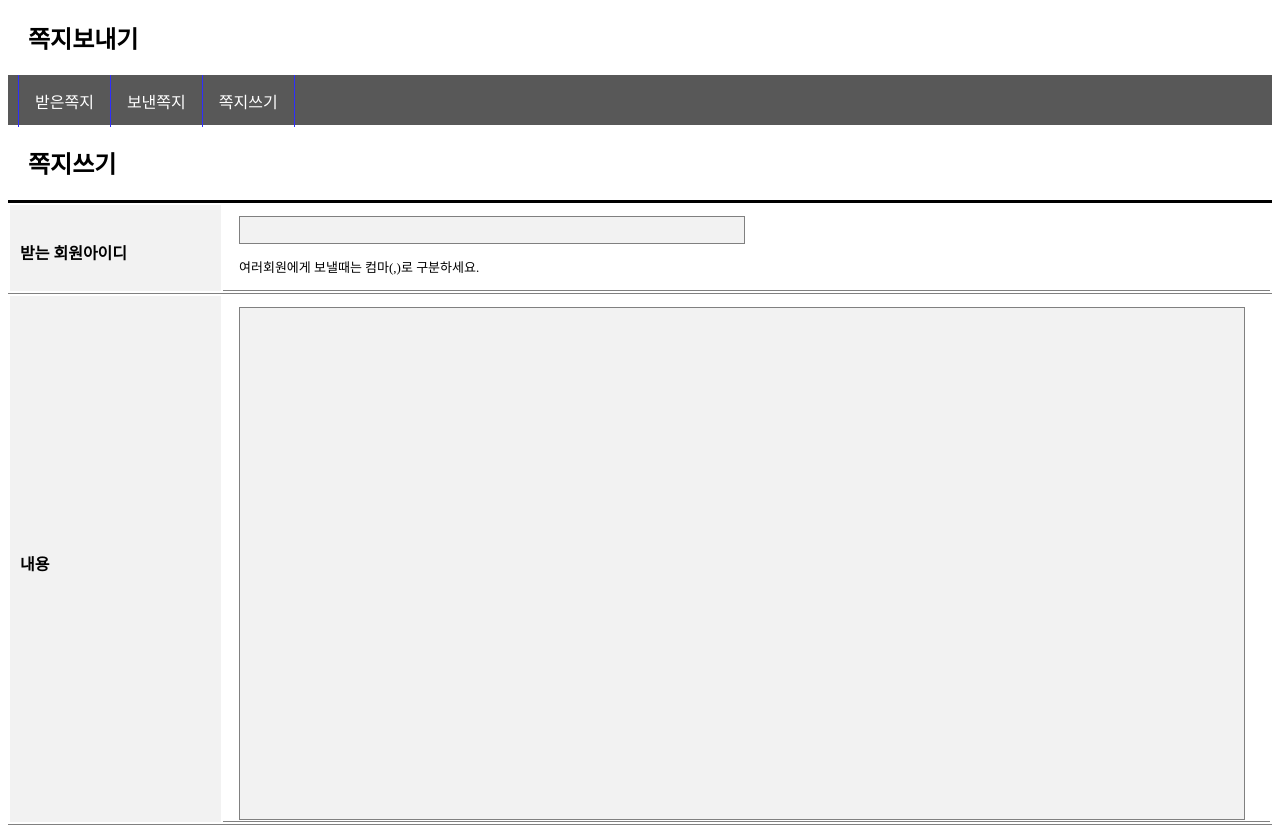
Repository: ks12b0000/JSP-School-Class
Page: chap10_JSP/src/main/webapp/Test/sendMessage.html
The author's editor kept a copy of each file at every save. The page is drawn from the files as they stood at one save, then again after the next save.
The browser window is 1280 px wide. The pictures show the whole page.

Above is the page before, as saved 2022-06-04 11:34:09.

### chap10_JSP/src/main/webapp/Test/sendMessage.html
<!DOCTYPE html>
<html>
<head>
	<meta charset="UTF-8">
	<meta name="viewport" content="width=device-width, initial-scale=1.0">
	<title>쪽지쓰기</title>
	<link rel="stylesheet" href="loginWrite.css" />
</head>
<body>
	<h2>쪽지보내기</h2>
	<div class="menu1">
		<ul>
			<li><a href="#" id="a1">받은쪽지</a></li>
			<li><a href="#">보낸쪽지</a></li>
			<li><a href="#">쪽지쓰기</a></li>
		</ul>
	</div>
	<h2>쪽지쓰기</h2>
	<table class="Profile3">
		<tr>
			<th id="id12"><strong>받는 회원아이디</strong></th>
			<td><input type="text" /><br/><p>여러회원에게 보낼때는 컴마(,)로 구분하세요.</p></td>
		</tr>
	</table>
	<table class="Profile4">
		<tr>
			<th id="id13"><strong>내용</strong></th>
			<td><input type="text" /></td>
		</tr>
	</table>
</body>
</html>

### chap10_JSP/src/main/webapp/Test/loginWrite.css
@charset "UTF-8";
	body h2 {
		margin-left: 20px;
	}
	.login1 {
		width: 500px;
		border: 1px solid gray;
		margin: 40px;
		padding: 40px;

	}
	.login1 #id {
		width: 400px;

		padding: 4px;
	}
	.login1 #id input {

		margin-left: 30px;
	}
	.login1 #pw {

		padding: 4px;
	}
	.login1 #pw input {

		margin-left: 52px;
	}
	.login1 #login_Bt {
		text-align: right;
		margin-top: -50px;
		margin-right: 120px;
	}
	.login1 #login_Bt input {
		margin-left: 5px;
		padding: 12px;
		border: 1px solid white;
		background-color: #A5DF00;
		color: white;
	}
	.login1 #login_Ck {
		margin-top: 10px;
	}
	.login2 {
		border: 1px solid gray;
		font-size: 13px;
		background-color: #F2F2F2;
		width: 500px;
		margin: 40px;
		padding: 40px;
		margin-top: -50px;

	}
	.login2 h3 {
		margin-top: -20px;
		margin-left: -30px;
	}
	.login2 p {
		margin-top: -20px;
		margin-left: -30px;
	}
	.login2 form {
		margin-top: 10px;
		margin-left: 250px;

	}
	.login2 #idpw_bt {
		border: 1px solid white;
		background-color: #A5DF00;
		color: white;
	}
	.login2 #signup {
		border: 1px solid #BFFF00;
		background-color: white;
		color: #80FF00;
	}
	body #mainback {
		margin-left: 220px;
		text-decoration: none;
		color: black;
	}
	body #em2 {
		border-top: 1px solid gray;
		margin-left: 20px;
		padding-top: 15px;
	}
	#email1 {
		margin-left: 20px;
		font-size: 19px;
	}
	#email1 input {
		width: 500px;
		height: 30px;
	}
	.button {
		margin-top: 40px;
		margin-left: 250px;
	}
	.button #Confirm {
		margin-left: 5px;
		padding: 12px;
		width: 150px;
		border: 1px solid white;
		background-color: #A5DF00;
		color: white;
	}
	.button #close {
		margin-left: 5px;
		padding: 12px;
		width: 100px;
		border: 1px solid white;
		background-color: #0B3B39;
		color: white;
	}
	body #tm2 {
		color: red;
		text-align: center;
	}
	body #tm3,#tm5 {
		text-align: center;
	}
	body #tm4,#tm6 {
		border: 1px solid black;
		width: 1300px;
		height: 300px;
		background-color: #D8D8D8;
		margin-left: 10px;
	}
	#terms_Ck,#terms_Ck2 {
		text-align: right;
	}
	#signup3 {
		text-align: center;
	}
	#signup3 input {
		margin-left: 5px;
		padding: 12px;
		border: 1px solid white;
		background-color: #A5DF00;
		color: white;
	}
	.button3 {
		text-align: right;
		margin-top: -50px;
		margin-right: 10px;
	}
	.button3 #notebox {
		border: 1px solid #BFFF00;
		background-color: white;
		color: #80FF00;
		padding: 6px;
	}
	.button3 #Revise {
		border: 1px solid #BFFF00;
		background-color: white;
		color: #80FF00;
		padding: 6px;
	}
	.button3 #secession {
		border: 1px solid white;
		background-color: #A5DF00;
		color: white;
		padding: 6px;
	}
	.Profile {
		border: 1px solid gray;
		border-collapse: collapse;
		margin-top: 15px;
		width: 100%;
		height: 150px;
		background-color: #FAFAFA;
	}
	.Profile th,td {
		border-bottom: 1px solid gray;
	}
	.Profile2 {
		border-top: 3px solid black;
		width: 100%;
		background-color: #F2F2F2;
		height: 50px;
		border-bottom: 1px solid gray;
		margin-top: 20px;
	}
	#hh3 {
		margin-left: 10px;
	}
	.Contents {
		text-align: center;
		margin-top: 100px;
		border-bottom: 1px solid gray;
		height: 100px;
	}
	.menu1 ul {
		background-color: #585858;
		height: 50px;
		margin: 0;
		padding: 0;
		list-style: none;

	}
	.menu1 li {
		float: left;
		border-right: 1px solid #2E2EFE;
	}
	.menu1 li a {
		padding-left: 10px;
		color: white;
		text-decoration: none;
		display: block;
		text-align: center;
		padding: 14px 16px;
	}
	.menu1 #a1 {
		border-left: 1px solid #2E2EFE;
		margin-left: 10px;
	}
	.guide {
		text-align: left;
	}
	.button2 {
		text-align: center;
	}
	.button2 #close2 {
		text-align: center;
		padding: 10px;
		width: 80px;
		border: 1px solid white;
		background-color: #0B4C5F;
		color: white;
	}
	.Profile3 {
		border-top: 3px solid black;
		width: 100%;
		height: 50px;
		margin-top: 20px;
	}
	.Profile3 #id12 {
		margin-top: 20px;
		padding-left:10px;
		padding-top: 10px;
		text-align: left;
		width: 200px;
		background-color: #F2F2F2;
		height: 60px;
	}
	.Profile3 input {
		background-color: #F2F2F2;
		margin-left: 15px;
		margin-top: 10px;
		padding-top: 10px;
		border: 1px solid gray;
		width: 500px;
		text-align: left;
	}
	.Profile3 p {
		font-size: 13px;
		margin-left: 15px;

	}
	.Profile4 {
		border-top: 1px solid gray;
		border-bottom: 1px solid gray;
		width: 100%;
		height: 50px;
	}
	.Profile4 #id13 {
		margin-top: 20px;
		padding-left:10px;
		padding-top: 10px;
		text-align: left;
		width: 200px;
		background-color: #F2F2F2;
		height: 200px;
	}
	.Profile4 input {
		background-color: #F2F2F2;
		margin-left: 15px;
		margin-top: 10px;
		padding-top: 10px;
		border: 1px solid gray;
		width: 1000px;
		height: 500px;
		text-align: left;
	}

After the next save:
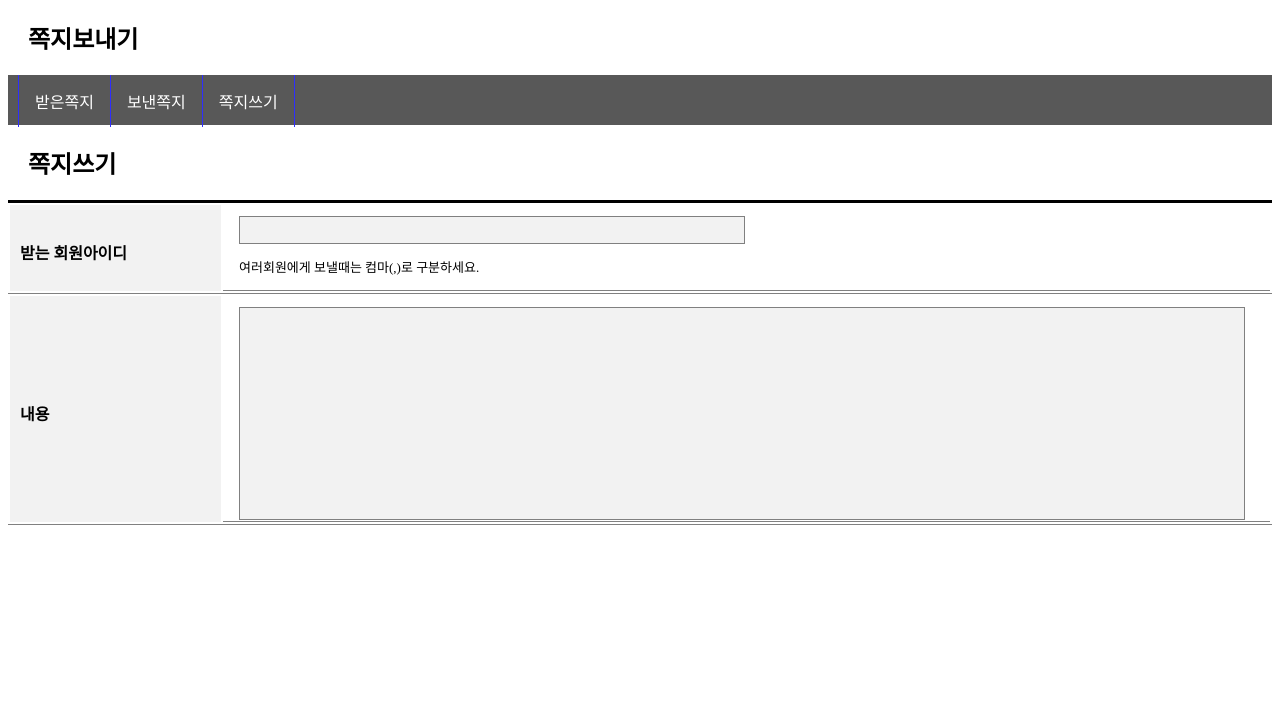
Saved 10 s later.
--- a/chap10_JSP/src/main/webapp/Test/loginWrite.css
+++ b/chap10_JSP/src/main/webapp/Test/loginWrite.css
@@ -279,6 +279,6 @@
 		padding-top: 10px;
 		border: 1px solid gray;
 		width: 1000px;
-		height: 500px;
-		text-align: left;
-	}
+		height: 200px;
+		text-align: left;
+	}
